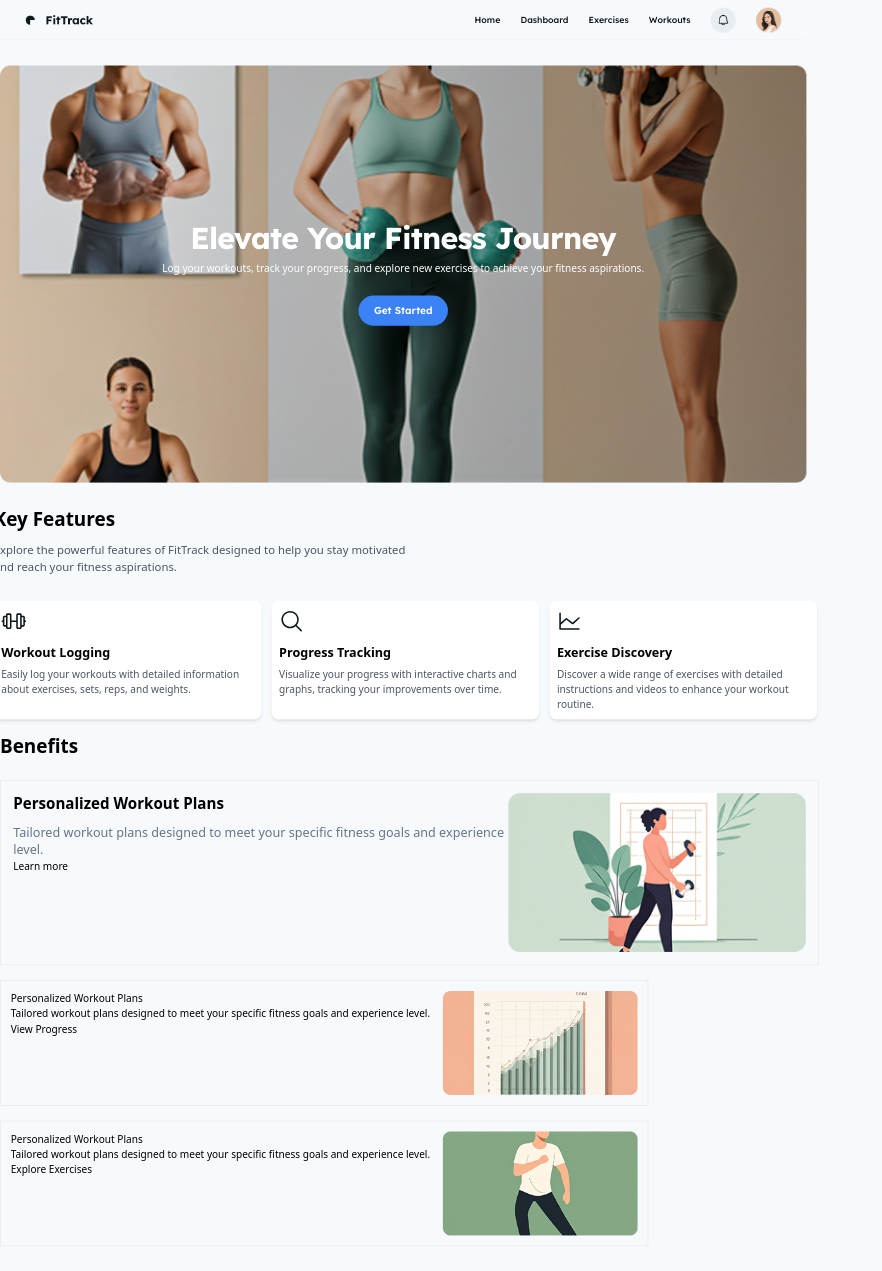
Repository: Emy-gold/fitness-tracking-platform
Page: /
The author's editor kept a copy of each file at every save. The page is drawn from the files as they stood at one save, then again after the next save.
The browser window is 1280 px wide. The page is 1390 px wide, then 1400 px, then 1390 px, so the pictures cover 1400 px, including what lies to the right of the window. The pictures show the whole page, at 63% of full size.
The project was rebuilt for these pictures with package versions that can differ from the ones it lists, and the page was loaded fresh each time. Also part of the build but not shown: vite.config.js, src/Pages/Dashboard.jsx, src/Pages/Exercises.jsx, src/Pages/Workouts.jsx, src/components/Footer.jsx.

Above is the page before, as saved 2025-08-27 15:44:13.

After the next save:
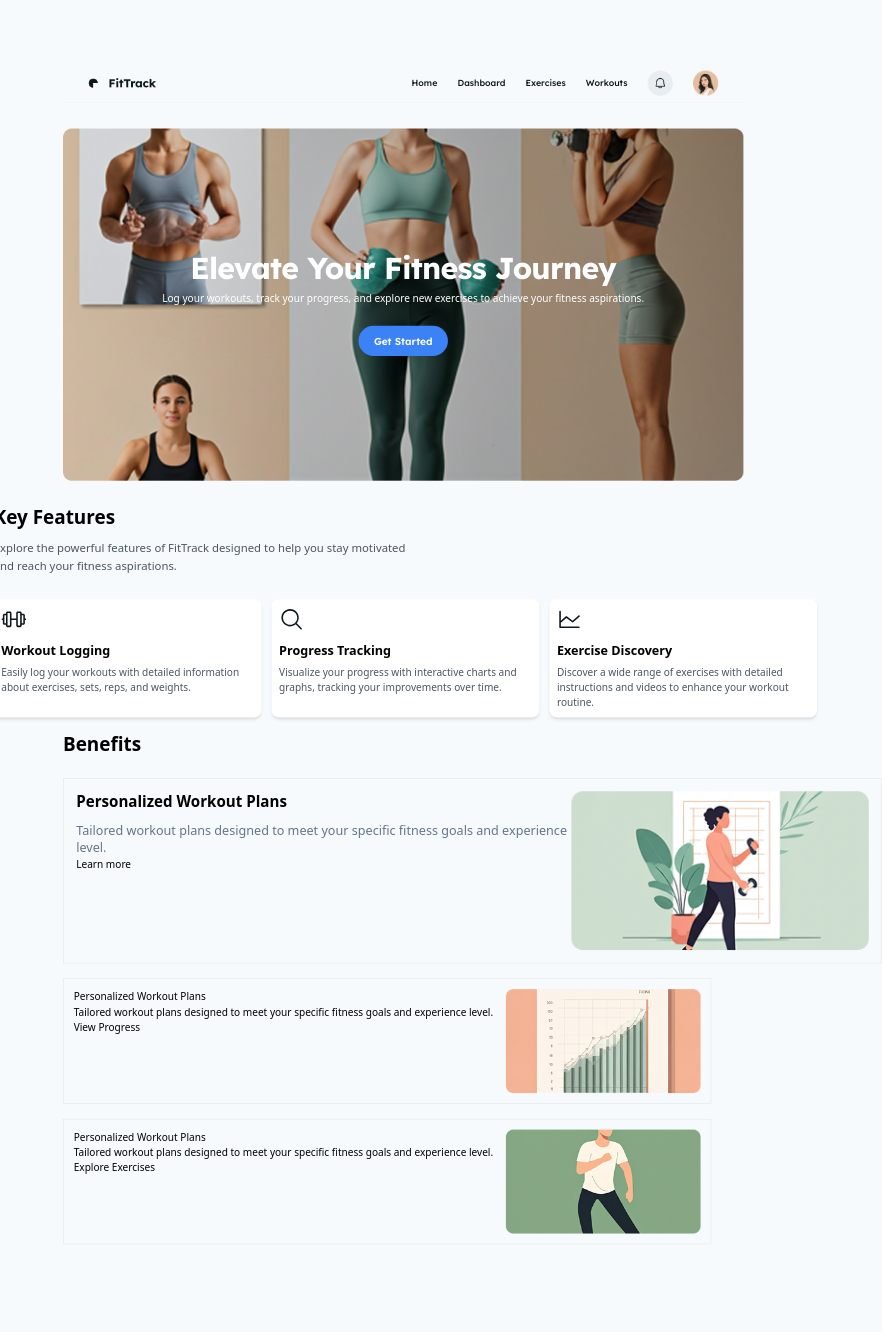
Saved 117 s later.
--- a/src/App.css
+++ b/src/App.css
@@ -1,5 +1,5 @@
 #root {
-    margin: 0 auto;
+    margin: 100px ;
     padding: 0;
     text-align: center;
 

After the save that followed:
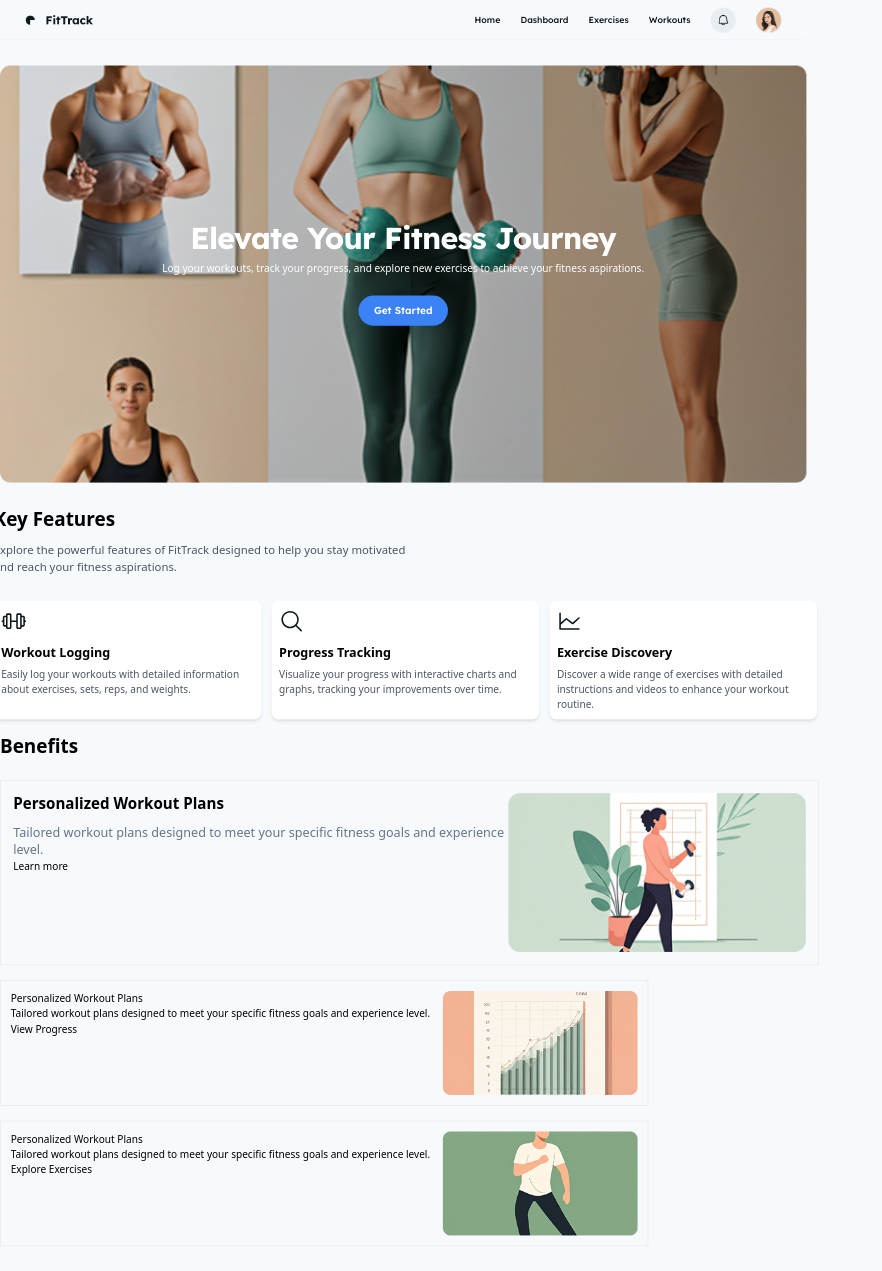
Saved 8 s later.
--- a/src/App.css
+++ b/src/App.css
@@ -1,5 +1,5 @@
 #root {
-    margin: 100px ;
+    margin: 0 ;
     padding: 0;
     text-align: center;
 
